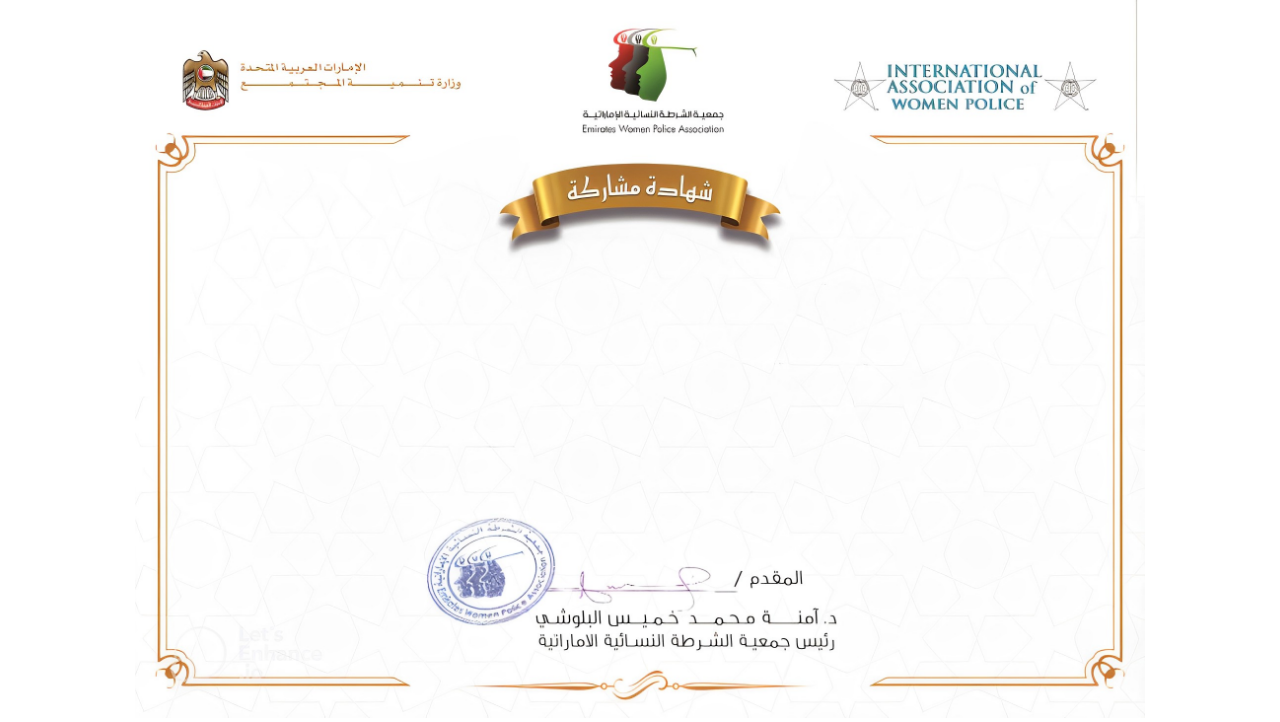
Repository: YahiaSala7/version-one
Page: index.html
These files come from the project's save history. The page is drawn as it stood at one moment and after the next save; the edit follows.
The browser window is 1280 px wide. The pictures show the whole page.

Above is the page before, as saved 2024-04-16 18:10:46.

### index.html
<!DOCTYPE html>
<html lang="en">
<head>
    <meta charset="UTF-8">
    <meta name="viewport" content="width=device-width, initial-scale=1.0">
    <title>شهادة مشاركة</title>
    <link rel="stylesheet" href="./style.css">
</head>
<body>
    <div class="parent">
           <div class="img">
            <img src="./imgs/img.jpg" alt="">
           </div>
    </div>
</body>
</html>

### style.css
*{
    padding: 0;
    margin: 0;
    -webkit-box-sizing: border-box;
    -moz-box-sizing: border-box;
    box-sizing: border-box;
}
.parent{
    display: flex;
    justify-content: center;
    align-items: center;
    height: 100svh;
}
.parent img{
    width: 100%;
}
@media (min-width:1280px) {
    .parent img{
        width: 100%;
        height: 100svh;
    }
}

After the next save:
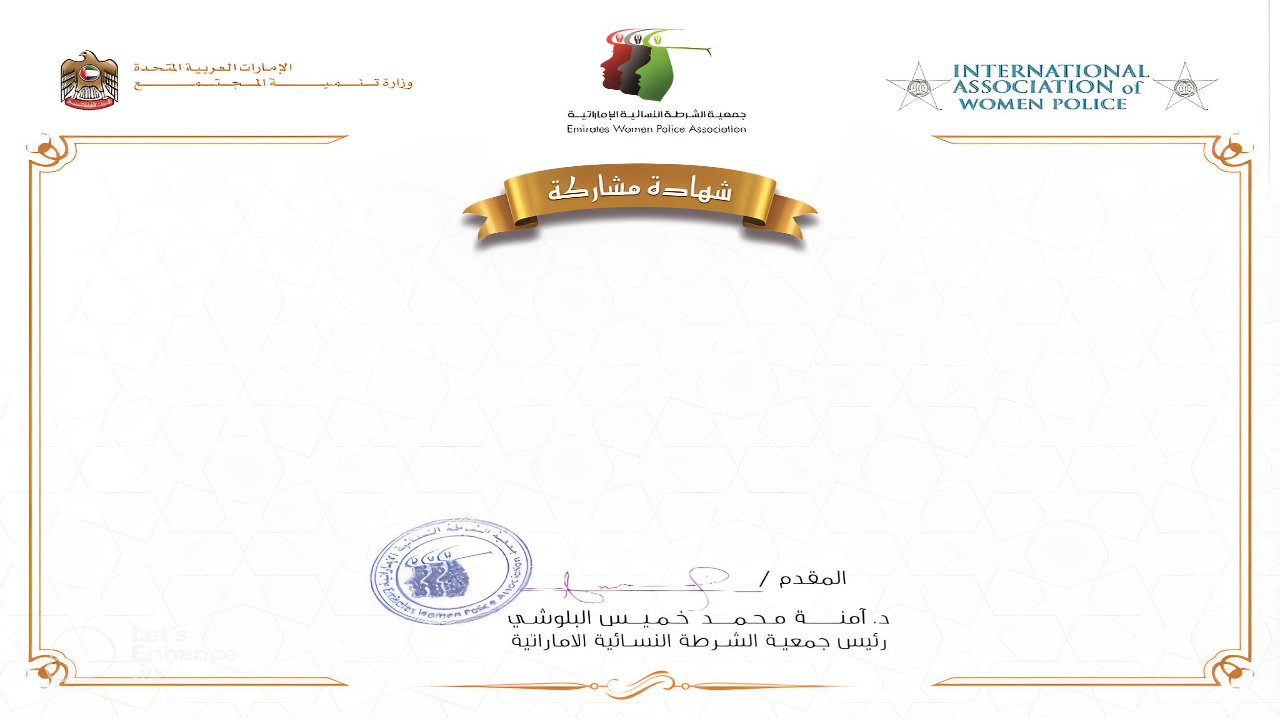
Saved 48 s later.
--- a/style.css
+++ b/style.css
@@ -20,3 +20,6 @@
         height: 100svh;
     }
 }
+.parent .img{
+    width: 100%;
+}
